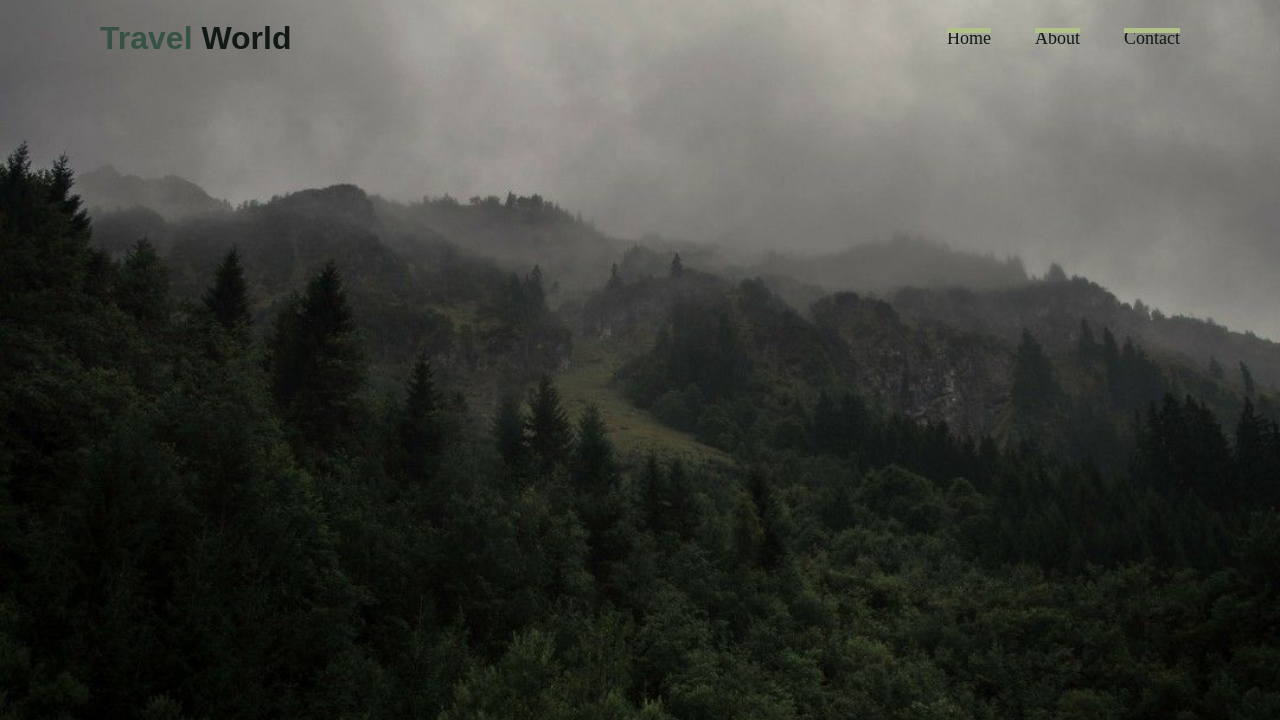
Repository: Haakim19/TravelWorld
Page: html/index.html
These files come from the project's save history. The page is drawn as it stood at one moment and after the next save; the edit follows.
The browser window is 1280 px wide. The pictures show the whole page.

Above is the page before, as saved 2024-10-30 23:45:20.

After the next save:
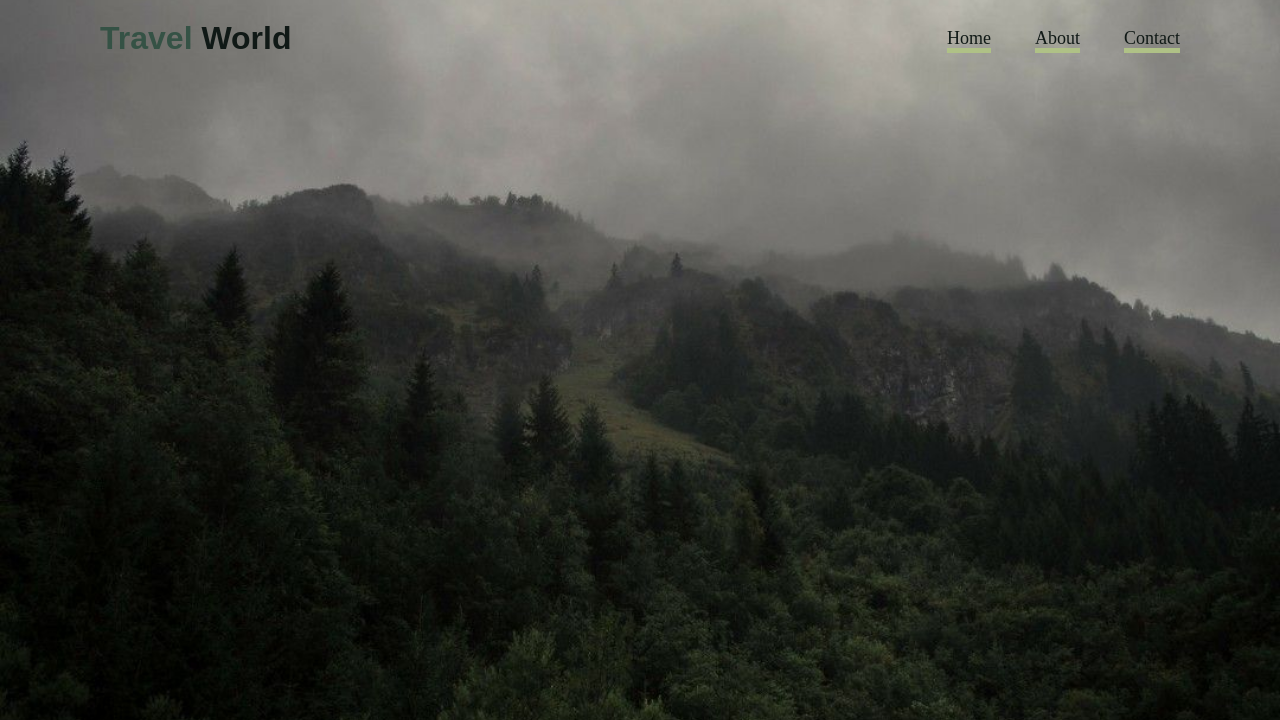
Saved 17 s later.
--- a/css/main.css
+++ b/css/main.css
@@ -51,7 +51,7 @@ body{
 .navbar a::before{
     content: '';
     position: absolute;
-    top: 0;
+    top: 100%;
     left: 0;
     width: 100%;
     height: 5px;
